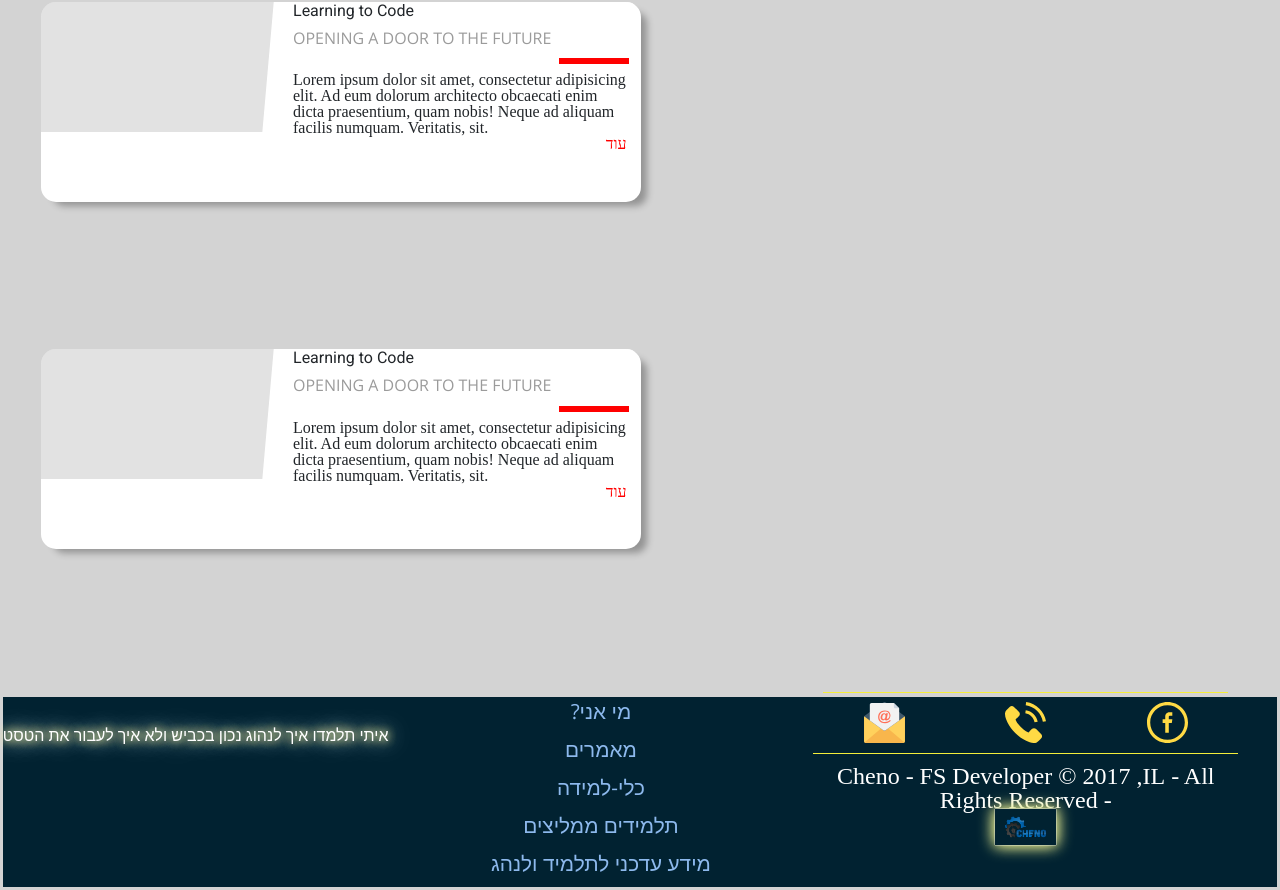
Repository: ChenGinsberg/BatyaLamed-site
Page: index.html
The author's editor kept a copy of each file at every save. The page is drawn from the files as they stood at one save, then again after the next save.
The browser window is 1280 px wide. The pictures show the part of the page from y = 677 to 1629 px (the page is 1567 px tall before and 1629 px after).
Pictures or frames that could not be fetched are drawn as grey boxes. A picture or video elsewhere on the page could not be fetched, so the positions and the page height are approximate. Some web libraries are served in a nearby version.

Above is the page before, as saved 2017-11-13 16:22:42.

After the next save:
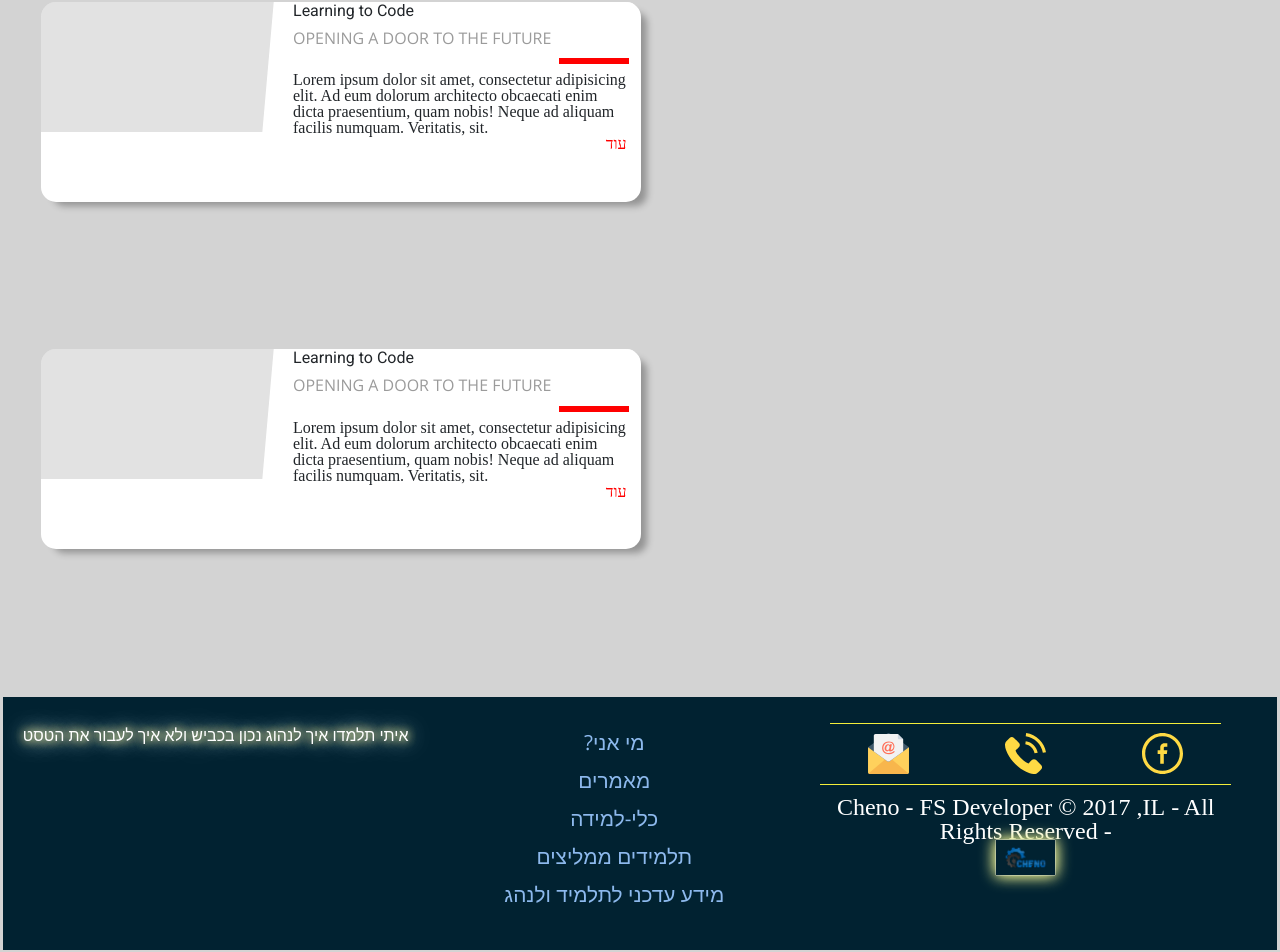
Saved 4 min 52 s later.
--- a/style/footer.css
+++ b/style/footer.css
@@ -23,7 +23,7 @@
     text-transform: capitalize; */
     color: #fff;
     text-shadow: 0 0 31px #fff, 0 0 20px #fff, 0 0 10px #e3e98e, 0 0 10px #e3e98e, 0 0 73px #e3e98e;
-    margin-top: 31.2px;
+    /* margin-top: 31.2px; */
     font-family: 'Varela Round', sans-serif;
 }
 
@@ -51,6 +51,7 @@ footer {
     background: #012231;
     margin-top: auto;
     width: 100%;
+    padding: 31.2px 20px;
 }
 
 .footer-list-top {
